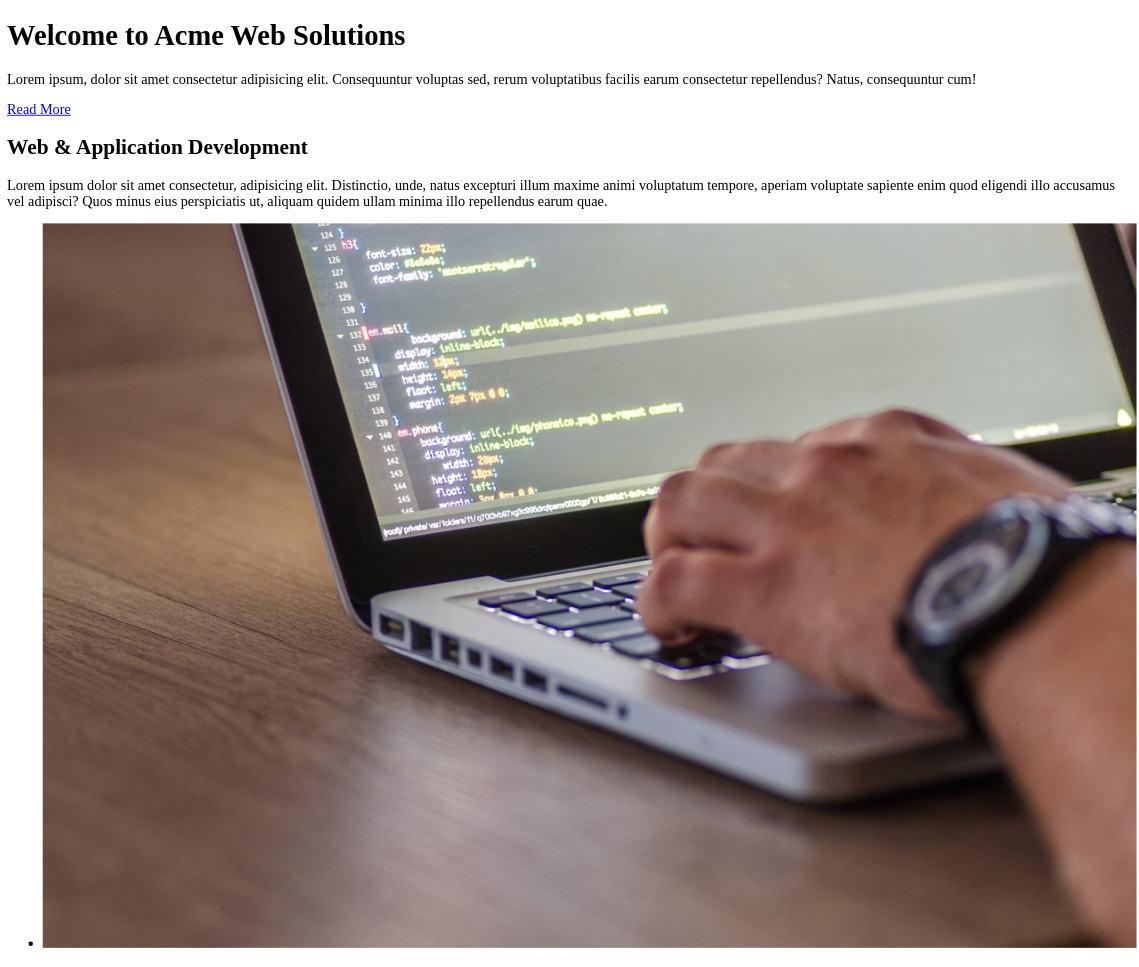
Repository: ErikBaer/MobileFirst
Page: index.html
An editor plug-in stored every save of this project. The page is shown before and after the next save, followed by the edit.
The browser window is 1280 px wide. The pictures show the whole page, at 89% of full size.

Above is the page before, as saved 2020-02-15 02:18:03.

### index.html
<!DOCTYPE html>
<html lang="en">
<head>
    <meta charset="UTF-8">
    <meta name="viewport" content="width=device-width, initial-scale=1.0">
    <title>Acme Web Solutions</title>
</head>
<body>
    <!--Header Showcase -->
   <header id="showcase" class="grid">
    <div class="bg-image"></div>
    <h1>Welcome to Acme Web Solutions</h1>
    <p>Lorem ipsum, dolor sit amet consectetur adipisicing elit.
         Consequuntur voluptas sed, rerum voluptatibus facilis
         earum consectetur repellendus? Natus, consequuntur cum!
        </p>
    <a href="#section-b" class="btn">Read More</a>
</header>

<!-- Main Area -->

<main id="main">

    <!-- Section A -->

    <section id="section-a" class="grid">
        <div class="content-wrap">
            <h2 class="content-title">Web & Application Development</h2>
            <p>Lorem ipsum dolor sit amet consectetur, adipisicing elit.
                Distinctio, unde, natus excepturi illum maxime animi
                voluptatum tempore, aperiam voluptate sapiente enim quod
                 eligendi illo accusamus vel adipisci? Quos minus eius
                 perspiciatis ut, aliquam quidem ullam minima illo
                 repellendus earum quae.</p>
        </div>
    </section>

    <!-- Section B -->

    <section id="section-b" class="grid">
        <ul>
            <li>
                <div class="card">
                    <img src="./Assets/Coding-Person.jpg" alt="">
                    <div class="card-content">
                        <h3 class="card-title"></h3>
                    </div>

                </div>
            </li>
        </ul>
    </section>
</main>
</body>
</html>

After the next save:
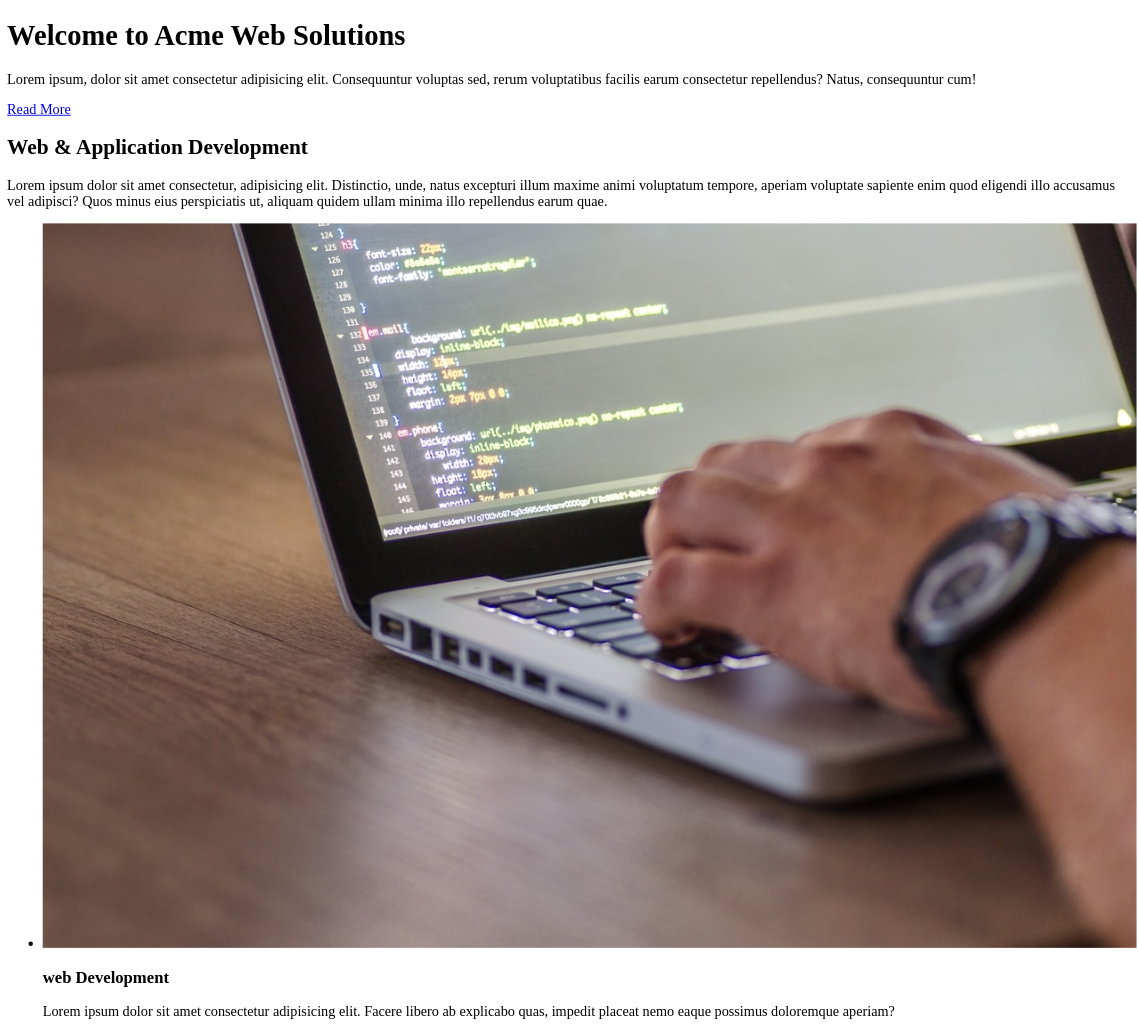
Saved 46 s later.
--- a/index.html
+++ b/index.html
@@ -43,9 +43,12 @@
                 <div class="card">
                     <img src="./Assets/Coding-Person.jpg" alt="">
                     <div class="card-content">
-                        <h3 class="card-title"></h3>
+                        <h3 class="card-title">web Development</h3>
+                        <p>Lorem ipsum dolor sit amet consectetur
+                            adipisicing elit. Facere libero ab explicabo
+                            quas, impedit placeat nemo eaque possimus
+                            doloremque aperiam?</p>
                     </div>
-
                 </div>
             </li>
         </ul>
